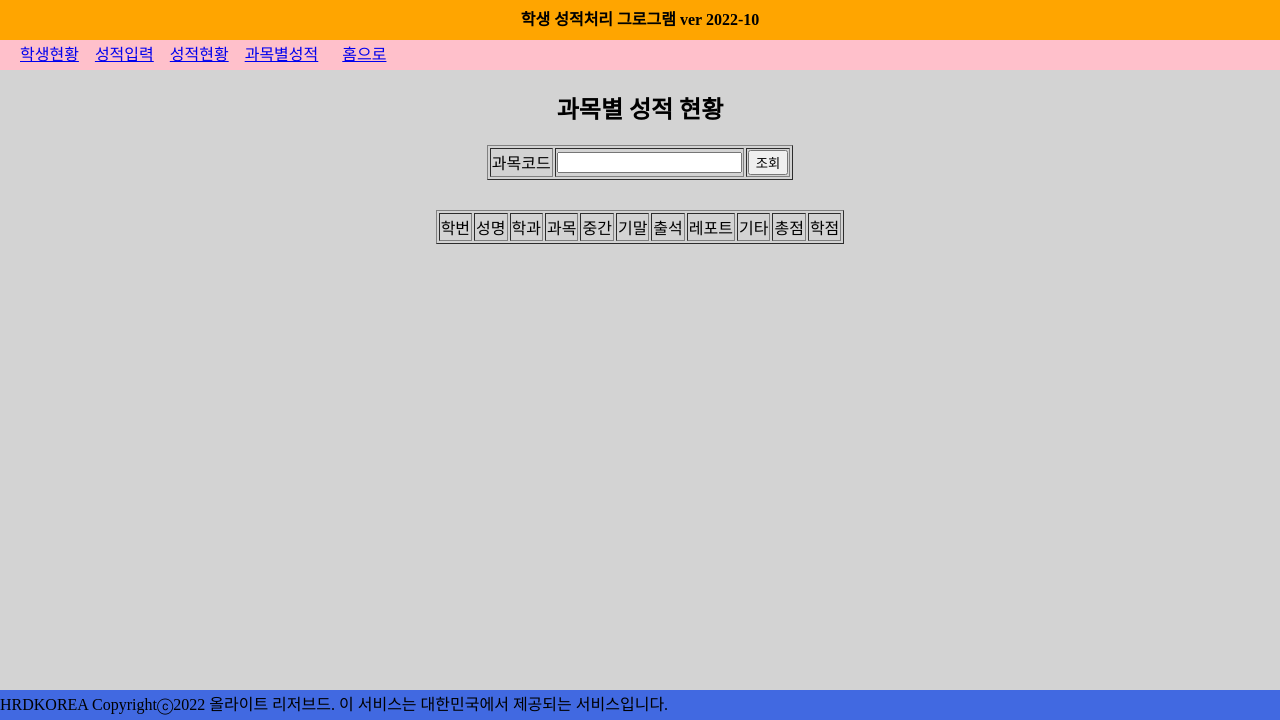
Repository: GotChun/license_practice
Page: http://localhost/HRD_0525/search.jsp
An editor plug-in stored every save of this project. The page is shown before and after the next save, followed by the edit.
The browser window is 1280 px wide. The pictures show the whole page.
The page is served by Tomcat 9.

Above is the page before, as saved 2025-02-22 14:19:07.

### HRD_0525/src/main/webapp/search.jsp
<%@ page language="java" contentType="text/html; charset=UTF-8"
    pageEncoding="UTF-8"%>
    <%@ include file="db.jsp" %>
<!DOCTYPE html>
<html>
<head>
<meta charset="UTF-8">
<title>Insert title here</title>
</head>
<body>
<jsp:include page="header.jsp"></jsp:include>
<script type="text/javascript" src="check.js"></script>
<section style="position:fixed; top:70px; left:0px; width:100%; height:100%; background-color:lightgray;">
<h2 style="text-align:center;"> 과목별 성적 현황</h2>
<form action="" name="frm2" style="display:flex; justify-content: center; text-align: center">
	<table border="1">
		<tr>
			<td>과목코드</td>
			<td><input type="text" name="subcode"> </td>
			<td><input type="button" value="조회" onclick="return search()"> </td>
		</tr>
	</table>
</form>

<form style="display:flex; justify-content: center; text-align: center; margin-top:30px;">
	<table border="1">
		<tr>
			<td>학번</td>
			<td>성명</td>
			<td>학과</td>
			<td>과목</td>
			<td>중간</td>
			<td>기말</td>
			<td>출석</td>
			<td>레포트</td>
			<td>기타</td>
			<td>총점</td>
			<td>학점</td>
		</tr>
	</table>
</form>
</section>

<jsp:include page="footer.jsp"></jsp:include>
</body>
</html>

### HRD_0525/src/main/webapp/db.jsp
<%@page import="java.sql.*"%>
<%@ page language="java" contentType="text/html; charset=UTF-8"
	pageEncoding="UTF-8"%>

<%
	//자바 연동 프로그램
		Class.forName("oracle.jdbc.OracleDriver");
		Connection con = DriverManager.getConnection
				("jdbc:oracle:thin:@//localhost:1521/xe","system","1234");

%>

### HRD_0525/src/main/webapp/header.jsp
<%@ page language="java" contentType="text/html; charset=UTF-8"
    pageEncoding="UTF-8"%>
<!DOCTYPE html>
<html>
<head>
<meta charset="UTF-8">
<title>header</title>
</head>
<body>
	<header
		style="position: fixed; top: 0; left:0px; width: 100%; height: 40px; line-height: 40px; background-color: orange; text-align: center">
		<b>학생 성적처리 그로그램 ver 2022-10</b>
	</header>

	<nav style="position:fixed; top:40px; left:0px; width:100%; height:30px; line-height:30px; background-color: pink; padding-left:20px; ">
		<a href="slist.jsp">학생현황</a> &nbsp;&nbsp;
		<a href="insert.jsp">성적입력</a> &nbsp;&nbsp;
		<a href="jumlist.jsp">성적현황</a> &nbsp;&nbsp;
		<a href="search.jsp">과목별성적</a> &nbsp;&nbsp;&nbsp;&nbsp;
		<a href="index.jsp">홈으로</a>
	</nav>
</body>
</html>

### HRD_0525/src/main/webapp/footer.jsp
<%@ page language="java" contentType="text/html; charset=UTF-8"
    pageEncoding="UTF-8"%>
<!DOCTYPE html>
<html>
<head>
<meta charset="UTF-8">
<title>footer</title>
</head>
<body>
<footer style="position:fixed; bottom:0;left:0; width:100%; height:30px; line-height:30px; background-color: royalblue;">
HRDKOREA Copyrightⓒ2022 올라이트 리저브드. 이 서비스는 대한민국에서 제공되는 서비스입니다.
</footer>
</body>
</html>

### HRD_0525/src/main/webapp/check.js
function add() {
	if (frm.sid.value.length == 0) {
		alert("학번이 입력되지 않았습니다 !");
		frm.sid.focus(); //포인터 옮기기
		return false;
	}
	else if (frm.midscore.value.length == 0) {
		alert("중간고사는 숫자가 아니거나 입력하지 않았습니다 !");
		frm.midscore.focus();
		return false;
	}
	else if (frm.finalscore.value.length == 0) {
		alert("기말고사는 숫자가 아니거나 입력하지 않았습니다 !");
		frm.finalscore.focus();
		return false;
	}
	else if (frm.attend.value.length == 0) {
		alert("출석은 숫자가 아니거나 입력하지 않았습니다 !");
		frm.attend.focus();
		return false;
	}
	else if (frm.report.value.length == 0) {
		alert("레포트는 숫자가 아니거나 입력하지 않았습니다 !");
		frm.report.focus();
		return false;
	}
	else if (frm.etc.value.length == 0) {
		alert("기타는 숫자가 아니거나 입력하지 않았습니다 !");
		frm.etc.focus();
		return false;
	}
	alert("성적정보가 정상적으로 등록되었습니다");
	//document.frm.submit();
	return true;
}


function res() {
	alert("정보를 지우고 처음부터 다시 입력합니다");
	document.frm.reset();
}


function search(){
	document.frm2.submit();
}

After the next save:
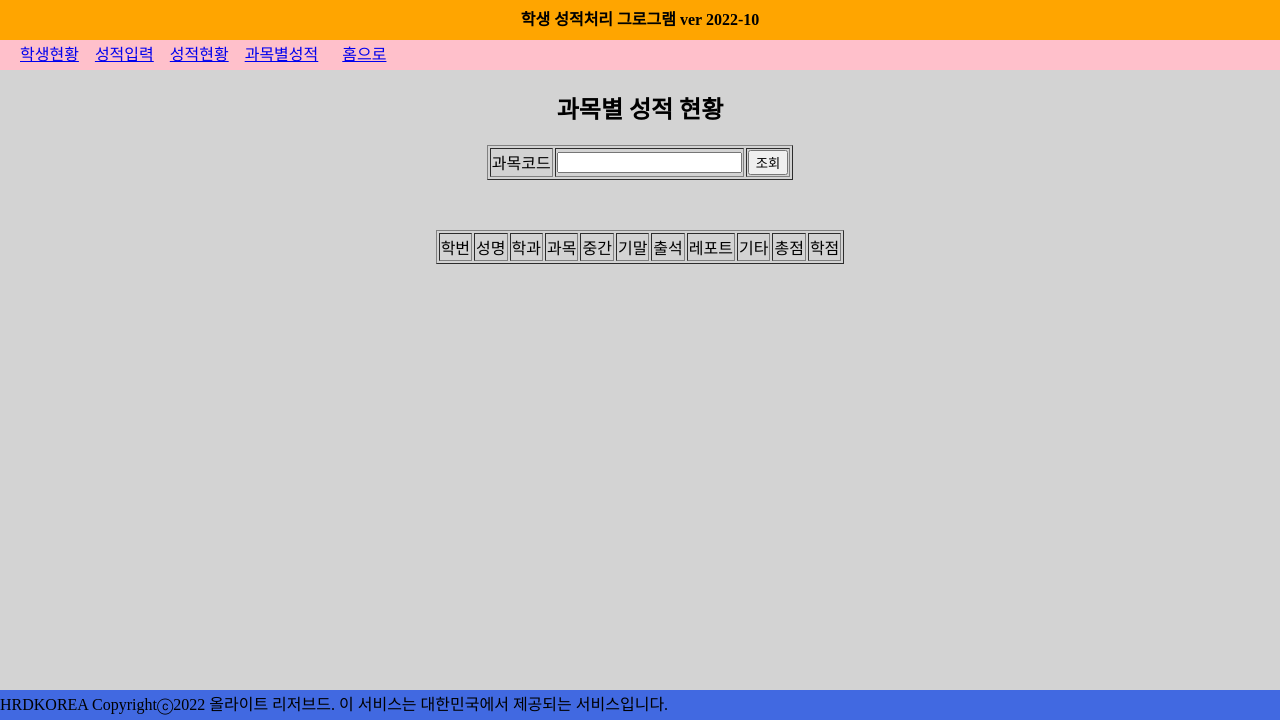
Saved 9 s later.
--- a/HRD_0525/src/main/webapp/search.jsp
+++ b/HRD_0525/src/main/webapp/search.jsp
@@ -22,7 +22,7 @@
 	</table>
 </form>
 
-<form style="display:flex; justify-content: center; text-align: center; margin-top:30px;">
+<form style="display:flex; justify-content: center; text-align: center; margin-top:50px;">
 	<table border="1">
 		<tr>
 			<td>학번</td>
